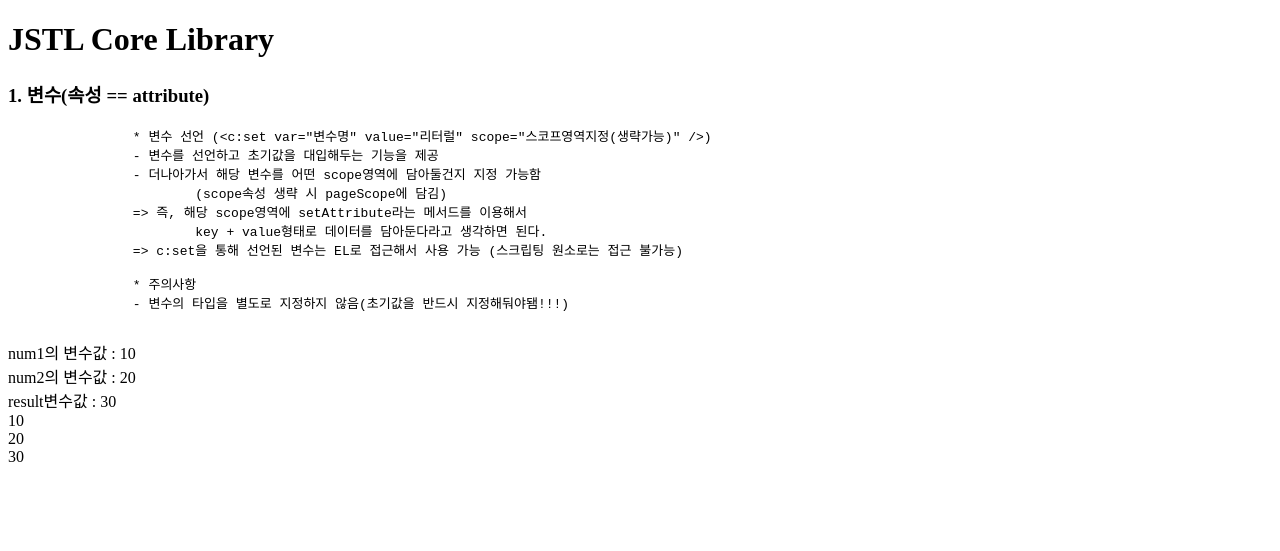
Repository: DonghwanSon1/ajax-jsp-study
Page: http://localhost/ActionProject/views/3_CustomAction/01_core.jsp
These files come from the project's save history. The page is drawn as it stood at one moment and after the next save; the edit follows.
The browser window is 1280 px wide. The pictures show the whole page.
The page is served by Tomcat 9.

Above is the page before, as saved 2022-07-12 06:35:19.

After the next save:
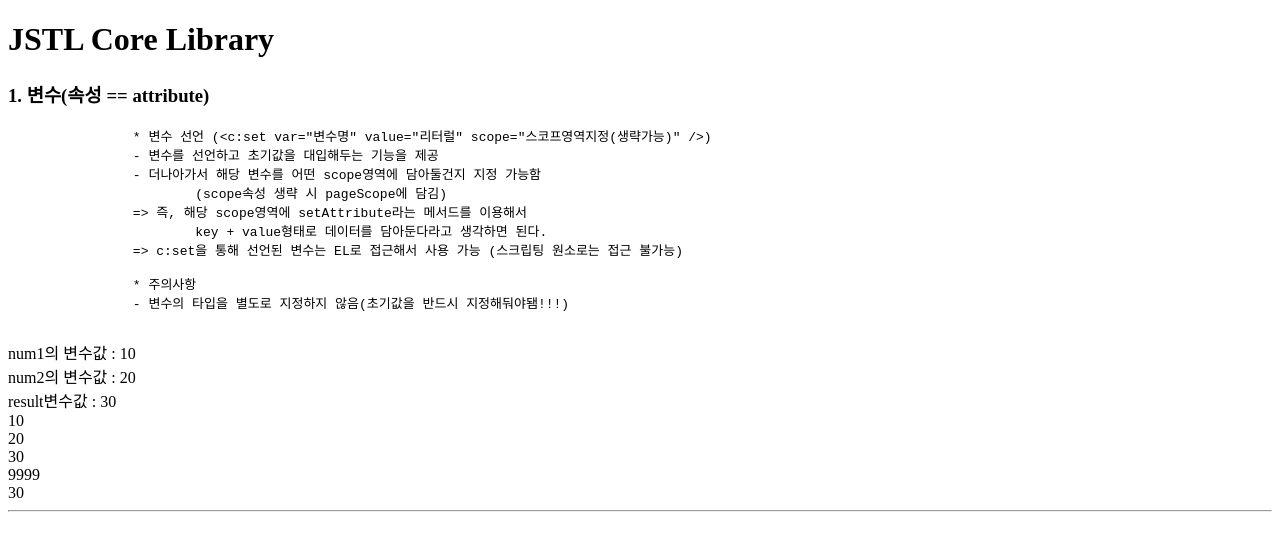
Saved 65 s later.
--- a/ActionProject/WebContent/views/3_CustomAction/01_core.jsp
+++ b/ActionProject/WebContent/views/3_CustomAction/01_core.jsp
@@ -47,6 +47,12 @@
 	${ sessionScope.result } <br>
 
 	<c:set var="result" scope="request"	>9999</c:set>
+	<!-- value속성 말고 시작태그와 종료태그 사이에도 대입할 값을 기술 가능 -->
+
+	${ requestScope.result } <br>
+	${ sessionScope.result } <br>
+
+	<hr>
 
 
 
